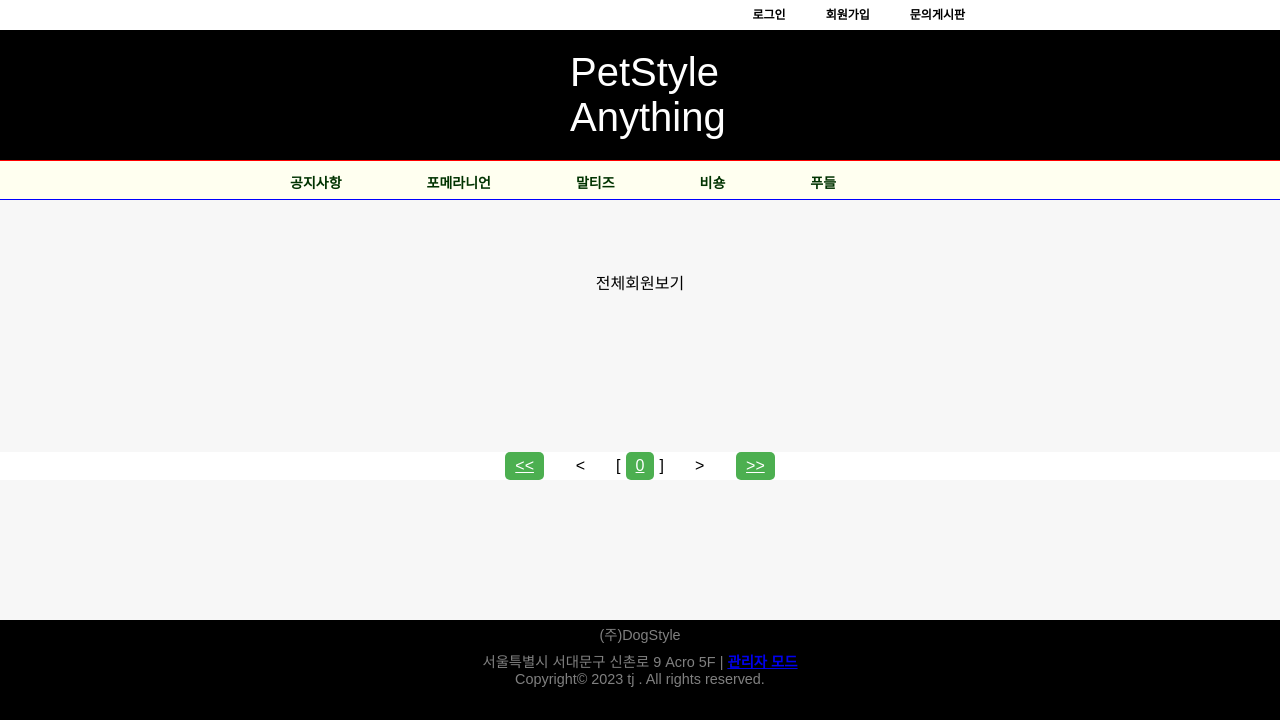
Repository: kdkk2000/Project
Page: http://localhost/petstyle/admin/allUser.jsp
The author's editor kept a copy of each file at every save. The page is drawn from the files as they stood at one save, then again after the next save.
The browser window is 1280 px wide. The pictures show the whole page.
The page is served by Tomcat 9. Other server files are loaded and not shown. The template is opened directly, without the code that normally fills it, so the values that code supplies are empty.

Above is the page before, as saved 2023-03-28 06:08:33.

### petstyle/WebContent/admin/allUser.jsp
<%@ page language="java" contentType="text/html; charset=UTF-8"
    pageEncoding="UTF-8"%>
<%@ taglib prefix="c" uri="http://java.sun.com/jsp/jstl/core" %>
<%@ taglib prefix="fmt" uri="http://java.sun.com/jsp/jstl/fmt"%>
<c:set var="conPath" value="${pageContext.request.contextPath }"/>
<!DOCTYPE html>
<html>
<head>
	<meta charset="UTF-8">
	<title>Insert title here</title>
	<link href="${conPath }/css/boardStyle.css" rel="stylesheet">
	<style>
		#content_form {
			height:430px;
			margin: 70px auto 0px;
		}
	</style>
</head>
<body>
	<c:if test="${not empty adminLoginResult }">
		<script>
			alert('${adminLoginResult}');
		</script>
	</c:if>
	<c:if test="${not empty adminLoginErrorMsg }">
		<script>
			alert('${adminLoginErrorMsg}');
			history.back();
		</script>
	</c:if>
	<jsp:include page="../main/header.jsp"/>
	<div id="content_form">
		<table>
			<caption>전체회원보기</caption>
			<tr>
				<c:forEach var="dto" items="${users }">
					<td>
						<p>
							${dto.userName }<br>
							(${dto.userId })
						</p>
					</td>
				</c:forEach>
			</tr>
		</table>
		<p class="paging">
			<a href="${conPath }/allUser.do?pageNum=1">&lt;&lt;</a>
			&nbsp; &nbsp; &nbsp;
			<c:if test="${BLOCKSIZE < startPage}">
				<a href="${conPath }/allUser.do?pageNum=${startPage-1}">&lt;</a>
			</c:if>
			<c:if test="${BLOCKSIZE >= startPage }">
				&lt;
			</c:if>
			&nbsp; &nbsp; &nbsp;
			<c:forEach var="i" begin="${startPage }" end="${endPage }">
				<c:if test="${i eq pageNum }">
					[ <b> ${i } </b> ]
				</c:if>
				<c:if test="${i != pageNum }">
					[ <a href="${conPath }/allUser.do?pageNum=${i }"> ${i } </a> ]
				</c:if>
			</c:forEach>
			&nbsp; &nbsp; &nbsp;
			<c:if test="${endPage < pageCnt }">
				<a href="${conPath }/allUser.do?pageNum=${endPage+1 }">&gt;</a>
			</c:if>
			<c:if test="${endPage == pageCnt }">
				&gt;
			</c:if>
			&nbsp; &nbsp; &nbsp;
			<a href="${conPath }/allUser.do?pageNum=${pageCnt }">&gt;&gt;</a>
		</p>
	</div>
	<jsp:include page="../main/footer.jsp"/>
</body>
</html>

### petstyle/WebContent/main/header.jsp
<%@ page language="java" contentType="text/html; charset=UTF-8"
    pageEncoding="UTF-8"%>
<%@taglib prefix="c" uri="http://java.sun.com/jsp/jstl/core"%>
<%@taglib prefix="fmt" uri="http://java.sun.com/jsp/jstl/fmt" %>
<c:set var="conPath" value="${pageContext.request.contextPath }"/>
<!DOCTYPE html>
<html>
<head>
	<meta charset="UTF-8">
	<title>Insert title here</title>
<style>
	*{padding:0; margin: 0;}
	header {
		background-color: black; font-size: 10pt; color: white;
	}
	header a {text-decoration: none; font-weight: bold;}
	header li {list-style: none;}
	header .gnb {
	    width: 100%;
	    background-color: white;
	    margin-left: auto;
	}
	header .gnb ul {
		overflow: hidden;
		width:700px;
		height: 30px;
		line-height: 30px;
		margin: 0 auto;
	}
	header .gnb ul li {	float: right; margin-right:10px;}
	header .gnb a {
		color : black;
		font-size: 0.9em;
		display: block;
		padding-left:15px;
		padding-right:15px;
	}
	header .gnb a:hover {
		font-size: 1.2em;
  		background-color: black;
  		color: white;
	}

	header .logo{
		width:140px; text-align:center;
		margin: 20px auto; font-size:3em;
		cursor: pointer;
	}
	header .lnb {
		background-color: ivory;
	  	width: 100%; height: 40px;
	  	border-top: 1px solid red;
		border-bottom: 1px solid blue;
		position:relative; /*서브메뉴가 main영역 위로 */
	}
	header .lnb ul{
		text-align:center;
		overflow: hidden;
		width:800px;
		margin: 0 auto;
	}
	header .lnb ul>li {
		font-weight: bold;
		font-size: 14px;
		margin: 5px;
		margin-left: 20px;
		float:left;
		padding:5px 30px;
		line-height: 25px;
	}
	header .lnb li:hover {
  		background-color: black;
  		color: white;
	}
	header .lnb a {
		color : white;
		font-size: 0.9em;
		display: block;
		padding-left:15px;
		padding-right:15px;
	}
	header .lnb a:hover {
  		background-color: yellow;
  		color: black;
	}
	header .lnb li {color: #003300;}
	header .lnb ul li .subMenu {display:none;}
	header .lnb ul li:hover .subMenu {display: block; margin: 10px 0 0 0;}
</style>
</head>
<body>
<header>
	<c:if test="${empty user and empty admin}"> <%-- 로그인 전 화면 --%>
		<div class="gnb">
			<ul>
				<li><a href="${conPath }/boardList.do">문의게시판</a></li>
				<li><a href="${conPath }/joinView.do">회원가입</a></li>
				<li><a href="${conPath }/loginView.do">로그인</a></li>
			</ul>
		</div>
		<div class="logo" onclick="location.href='${conPath}/main.do'">
			PetStyle Anything
		</div>
		<div class="lnb">
			<ul>
				<li>공지사항
					<ol class="subMenu">
						<li><a href="#">공지사항</a></li>
					</ol>
				</li>
				<li>포메라니언
					<ol class="subMenu">
						<li><a href="#">곰돌이컷</a></li>
						<li><a href="#">물개컷</a></li>
						<li><a href="#">포메컷</a></li>
						<li><a href="#">라이언컷</a></li>
						<li><a href="#">풀코트</a></li>
					</ol>
				</li>
				<li>말티즈
					<ol class="subMenu">
						<li><a href="#">알밤컷</a></li>
						<li><a href="#">곰돌이컷</a></li>
						<li><a href="#">베이비컷 </a></li>
						<li><a href="#">무스타슈 </a></li>
					</ol>
				</li>
				<li>비숑
					<ol class="subMenu">
						<li><a href="#">하이바컷</a></li>
						<li><a href="#">귀툭튀컷</a></li>
					</ol>
				</li>
				<li>푸들
					<ol class="subMenu">
						<li><a href="#">양컷</a></li>
						<li><a href="#">몽키컷</a></li>
						<li><a href="#">브로콜리컷</a></li>
						<li><a href="#">테디베어컷</a></li>
						<li><a href="#">귀똑컷</a></li>
					</ol>
				</li>
			</ul>
		</div>
	</c:if>
	<c:if test="${not empty user and empty admin}"> <%-- 사용자 모드 로그인 화면--%>
		<div class="gnb">
			<ul>
				<li><a href="${conPath }/boardList.do">문의게시판</a></li>
				<li><a href="${conPath }/logout.do">로그아웃</a></li>
				<li><a href="${conPath }/modifyView.do">정보수정</a></li>
				<li><a>${user.userName }님 &nbsp; ▶</a></li>
			</ul>
		</div>
		<div class="logo" onclick="location.href='${conPath}/main.do'">
			PetStyle Anything
		</div>
		<div class="lnb">
			<ul>
				<li>공지사항
					<ol class="subMenu">
						<li><a href="#">공지사항</a></li>
					</ol>
				</li>
				<li>포메라니언
					<ol class="subMenu">
						<li><a href="#">곰돌이컷</a></li>
						<li><a href="#">물개컷</a></li>
						<li><a href="#">포메컷</a></li>
						<li><a href="#">라이언컷</a></li>
						<li><a href="#">풀코트컷</a></li>
					</ol>
				</li>
				<li>말티즈
					<ol class="subMenu">
						<li><a href="#">알밤컷</a></li>
						<li><a href="#">곰돌이컷</a></li>
						<li><a href="#">베이비컷 </a></li>
						<li><a href="#">무스타슈컷 </a></li>
					</ol>
				</li>
				<li>비숑
					<ol class="subMenu">
						<li><a href="#">하이바컷</a></li>
						<li><a href="#">귀툭튀컷</a></li>
					</ol>
				</li>
				<li>푸들
					<ol class="subMenu">
						<li><a href="#">양컷</a></li>
						<li><a href="#">몽키컷</a></li>
						<li><a href="#">브로콜리컷</a></li>
						<li><a href="#">테디베어컷</a></li>
						<li><a href="#">귀똑컷</a></li>
					</ol>
				</li>
			</ul>
		</div>
	</c:if>
	<c:if test="${empty user and not empty admin}"> <%-- 관리자 모드 로그인 화면--%>
		<div class="gnb">
			<ul>
				<li><a href="${conPath }/boardList.do">문의게시판</a></li>
				<li><a href="${conPath }/logout.do">관리자모드나가기</a></li>
				<li><a href="${conPath }/adminModify.do">정보수정</a></li>
				<li><a>${admin.adminName }님 &nbsp; ▶</a></li>
			</ul>
		</div>
		<div class="logo" onclick="location.href='${conPath}/main.do'">
			PetStyle Anything
		</div>
		<div class="lnb">
			<ul>
				<li>공지사항
					<ol class="subMenu">
						<li><a href="#">공지사항</a></li>
					</ol>
				</li>
				<li>회원 리스트
					<ol class="subMenu">
						<li><a href="${conPath }/allUser.do">회원 리스트</a></li>
					</ol>
				</li>
				<li>관리자 메모장
					<ol class="subMenu">
						<li><a href="#">관리자 메모장</a></li>
					</ol>
				</li>
			</ul>
		</div>
	</c:if>
</header>
</body>
</html>

### petstyle/WebContent/main/footer.jsp
<%@ page language="java" contentType="text/html; charset=UTF-8"
    pageEncoding="UTF-8"%>
<%@taglib prefix="c" uri="http://java.sun.com/jsp/jstl/core"%>
<%@taglib prefix="fmt" uri="http://java.sun.com/jsp/jstl/fmt" %>
<c:set var="conPath" value="${pageContext.request.contextPath }"/>
<!DOCTYPE html>
<html>
<head>
<meta charset="UTF-8">
<title>Insert title here</title>
	<style>
	footer {
		position: fixed;
		bottom: 0;
		height: 100px;
		background-color: black;
		width: 100%;
	}

	#footer_conts {
		color: gray;
		font-size: 0.9em;
		text-align: center;
		margin: 0 auto;
		width: 80%;
	}

	#footer_conts p:first-child {
		height: 30px;
		line-height: 30px;
	}
</style>
</head>
<body>
	<footer>
		<div id="footer_conts">
			<p>(주)DogStyle</p>
			<p>서울특별시 서대문구 신촌로 9 Acro 5F | <b><a href="${conPath }/adminLoginView.do">관리자 모드</a></b></p>
			<p>Copyright© 2023 tj . All rights reserved.</p>
		</div>
	</footer>
</body>
</html>

### petstyle/WebContent/css/boardStyle.css
@charset "UTF-8";
* {
	margin: 0;
  	padding: 0;
  	box-sizing: border-box;
}

body {
  	font-family: Arial, sans-serif;
  	background-color: #f7f7f7;
}

.container {
  	max-width: 500px;
  	margin: 0 auto;
  	padding: 20px;
}

h1 {
  	font-size: 32px;
  	font-weight: bold;
  	margin-bottom: 20px;
}

form {
  	background-color: #fff;
  	border: 1px solid #ccc;
  	padding: 20px;
}

form input[type="text"], form textarea {
  	width: 100%;
  	padding: 10px;
  	margin-bottom: 10px;
  	border: 1px solid #ccc;
  	border-radius: 5px;
}

form input[type="file"] {
  	margin-top: 10px;
}

form input[type="submit"], form input[type="reset"], form input[type="button"] {
  	display: inline-block;
  	padding: 10px 20px;
  	margin-right: 10px;
  	border: none;
  	border-radius: 5px;
  	background-color: #4CAF50;
  	color: #fff;
  	cursor: pointer;
}

form input[type="submit"]:hover, form input[type="reset"]:hover, form input[type="button"]:hover {
  	background-color: #3e8e41;
}

table {
  	width: 100%;
  	border-collapse: collapse;
}

table td {
  	padding: 6px;
  	border: 1px solid #ccc;
  	text-align: center;
  	cursor: pointer;
}
.paging {
  	display: flex;
  	justify-content: center;
  	align-items: center;
  	margin-top: 20px;
  	position: fixed;
  	bottom: 240px;
  	left: 0;
  	right: 0;
  	background-color: #fff;
  	z-index: 1;
}

.paging a, .paging b {
  	display: inline-block;
  	margin: 0 5px;
  	padding: 5px 10px;
  	background-color: #4CAF50;
  	color: #fff;
 	border-radius: 5px;
}

.paging a:hover {
  	background-color: #3e8e41;
}

.paging b {
  	background-color: #eee;
  	color: #444;
}

After the next save:
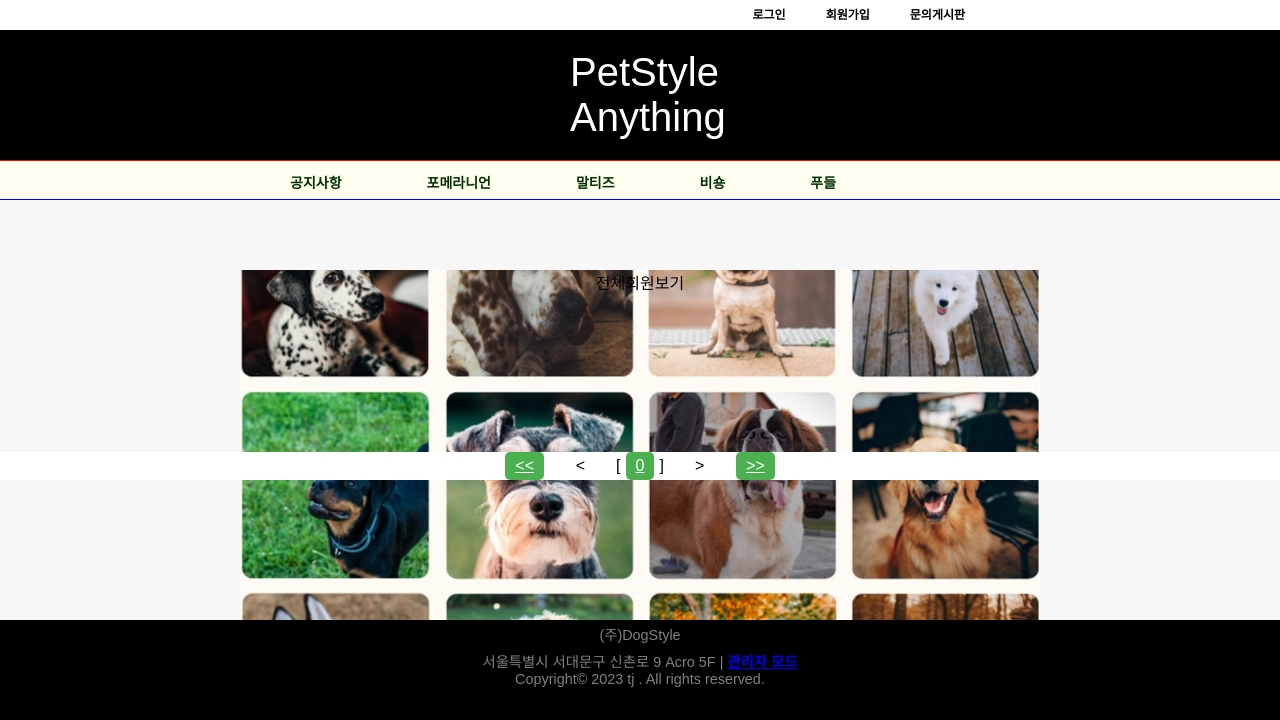
Saved 2 min 20 s later.
--- a/petstyle/WebContent/css/boardStyle.css
+++ b/petstyle/WebContent/css/boardStyle.css
@@ -3,6 +3,18 @@
 	margin: 0;
   	padding: 0;
   	box-sizing: border-box;
+}
+
+#content_form {
+	background-image: url("../fileBoardUp/dog.jpg");
+	background-repeat: no-repeat;
+	background-position: center;
+	background-size: cover;
+	width: 800px;
+	height: 600px;
+	margin: 0 auto;
+	text-align: center;
+	font-size: 1em;
 }
 
 body {

After the save that followed:
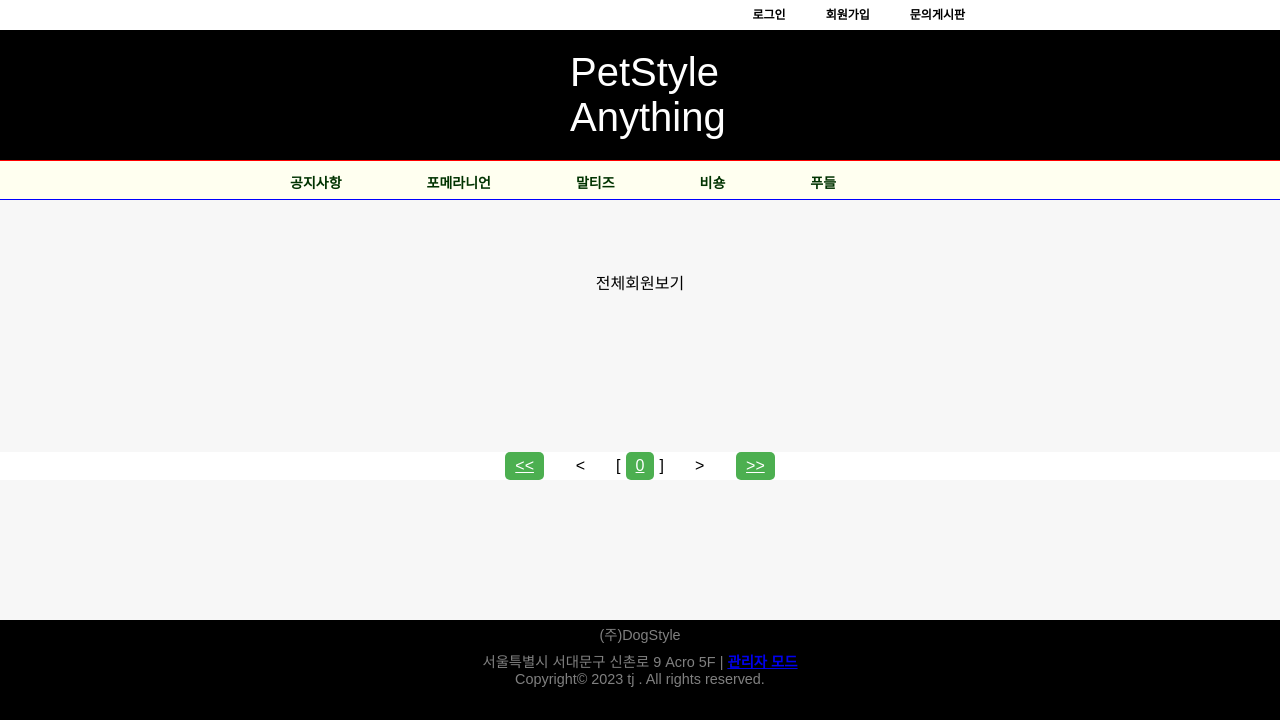
Saved 5 s later.
--- a/petstyle/WebContent/css/boardStyle.css
+++ b/petstyle/WebContent/css/boardStyle.css
@@ -6,10 +6,6 @@
 }
 
 #content_form {
-	background-image: url("../fileBoardUp/dog.jpg");
-	background-repeat: no-repeat;
-	background-position: center;
-	background-size: cover;
 	width: 800px;
 	height: 600px;
 	margin: 0 auto;
